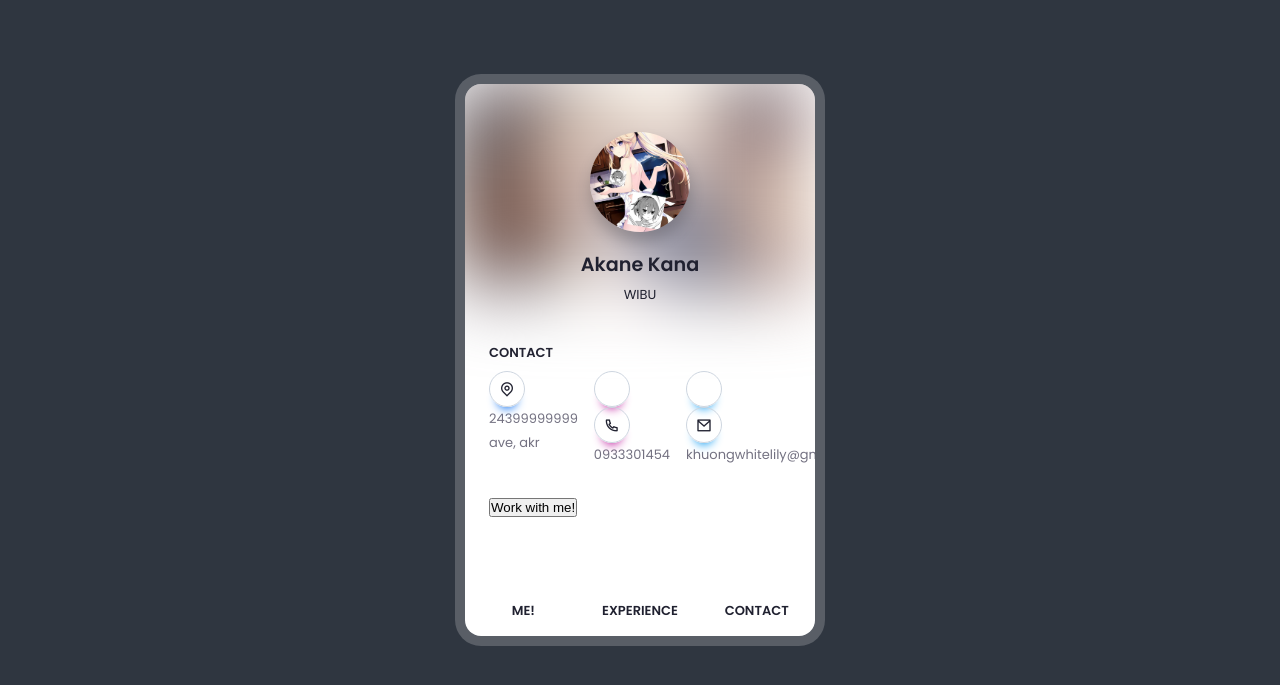
Repository: AkaneKana/AkaneKana
Page: index.html
An editor plug-in stored every save of this project. The page is shown before and after a run of saves, followed by the edit.
The browser window is 1280 px wide. The pictures show the whole page.
Some web libraries are served in a nearby version.

Above is the page before, as saved 2023-05-19 17:06:43.

### index.html
<!DOCTYPE html>
<html lang="en">
<head>
  <meta charset="UTF-8">
  <meta http-equiv="X-UA-Compatible" content="IE=edge">
  <meta name="viewport" content="width=device-width, initial-scale=1.0">
  <title>Profle Card</title>
  <link rel="stylesheet" href="style.css">
  <link href="https://cdn.jsdelivr.net/npm/remixicon@3.2.0/fonts/remixicon.css" rel="stylesheet">
</head>
<body>
  <div id="page" class="site">
    <div class="container">
      <div class="card">
        <header>
          <div class="thumbnail">
            <img src="assets/image.jpg" alt="">
          </div>
          <div class="meta">
            <h3>Akane Kana</h3>
            <h4>Wibu</h4>
          </div>
        </header>
        <section>
          <div id="me" class="me">
            <h4 class="section-title">About me</h4>
            <p>Lorem ipsum dolor sit amet consectetur, adipisicing elit. Alias numquam in eligendi quibusdam debitis excepturi architecto porro! Qui, iusto aliquam. Est iusto tenetur velit ab iste modi aliquid incidunt ea?</p>
            <div class="socials">
              <ul>
                <li><a href="#"><i class="ri-facebook-fill"></i></a></li>
                <li><a href="#"><i class="ri-discord-fill"></i></a></li>
                <li><a href="#"><i class="ri-github-fill"></i></a></li>
              </ul>
            </div>
          </div>

          <div id="roadmap" class="roadmap">
            <h4 class="section-title">Experiences</h4>
            <input type="checkbox" id="showmore">
            <label for="showmore">
             <span>Show more <i class="ri-arrow-down-s-line"></i></span>
             <span>Show less <i class="ri-arrow-up-s-line"></i></span>
            </label>

            <ul>
              <li>
                <span>2010</span>
                <div class="section-title">Web design</div>
                <p>Lorem ipsum dolor sit amet, consectetur adipisicing elit. Necessitatibus repellendus laudantium a qui perferendis illum, provident eaque delectus eos, molestias rem exercitationem veniam? A illum adipisci id, voluptate odio voluptates!</p>
              </li>
              <li>
                <span>2012</span>
                <div class="section-title">Graphic</div>
                <p>Lorem ipsum dolor sit amet, consectetur adipisicing elit. Necessitatibus repellendus laudantium a qui perferendis illum, provident eaque delectus eos, molestias rem exercitationem veniam? A illum adipisci id, voluptate odio voluptates!</p>
              </li>
              <li>
                <span>2016</span>
                <div class="section-title">Google design</div>
                <p>Lorem ipsum dolor sit amet, consectetur adipisicing elit. Necessitatibus repellendus laudantium a qui perferendis illum, provident eaque delectus eos, molestias rem exercitationem veniam? A illum adipisci id, voluptate odio voluptates!</p>
              </li>
            </ul>
          </div>

          <div id="contact" class="contact active">
            <h4 class="section-title">Contact</h4>
            <div class="socials">
              <ul>
                <li>
                  <a href="#"><i class="ri-map-pin-line"></i></a>
                  <p>24399999999 ave, akr </p>
                </li>
                <li>
                  <a href="https://wa.me/0933301454"><a href="" class="ri-phone-line"></a></a>
                  <p>0933301454</p>
                </li>
                <li>
                  <a href="#mailto:khuongwhitelily@gmail.com"><a href="" class="ri-mail-line"></a></a>
                  <p>khuongwhitelily@gmail.com</p>
                </li>
              </ul>
            </div>
            <button>Work with me!</button>
          </div>
        </section>
        <footer>
          <nav>
            <a href="#">Me!</a>
            <a href="#">Experience</a>
            <a href="#">Contact</a>
            <span></span>
          </nav>
        </footer>
      </div>
    </div>
  </div>

  <script src="script.js"></script>
</body>
</html>

### style.css
@import url('https://fonts.googleapis.com/css2?family=Poppins:wght@400;600;800&display=swap');
:root{
  --primary-color: #eb3b5a;
  --white-color: #ffffff;
  --light-color: #ced6e0;
  --grey-color: #737181;
  --dark-color: #202130;

  --shadow: 0 10px 10px -8px;
}

*{
  margin: 0;
  padding: 0;
}

*,::before,::after {
  box-sizing: border-box;
}

body{
  font-family: 'Poppins';
  font-size: 16px;
  font-weight: 400;
  line-height: 1.8;
  color: var(--dark-color);
  background-color: #2f3640;
}

a {
  text-decoration: none;
  color: inherit;
}

ul{
  list-style: none;
}

img{
  max-width: 100%;
  vertical-align: middle;
}

.site{
  display: flex;
  align-items: center;
  justify-content: center;
  height: 100vh;
}

.container{
  max-width: 1024px;
  padding: 0 2em;
  margin: 0 auto;
}

.card{
  max-width: 350px;
  background-color: var(--white-color);
  border-radius: 1em;
  box-shadow: 0 0 0 10px rgb(255 255 255 /20%);
  overflow: hidden;
}

.card header {
  position: relative;
  height: 225px;
  padding-top: 3em;
  margin-bottom: 2em;
}

.card header::before {
  content: '';
  position: absolute;
  top: 0;
  left: 0;
  background: url(assets/image.jpg);
  background-size: cover;
  width: 100%;
  height: 200px;
  z-index: 0;
  filter: blur(40px);
}

.card header > * {
  position: relative;
  left: 50%;
  transform: translateX(-50%);
}

.card header .meta {
  text-align: center;
  margin-top: 1em;
  width: max-content;
}

.card header h3 {
  font-size: 1.2em;
  font-weight: 600;
}

.card header h4 {
  font-size: 0.813em;
  font-weight: 400;
  text-transform: uppercase;
}

.card .thumbnail {
  width: 100px;
  height: 100px;
}

.card .thumbnail img {
  object-fit: cover;
  width: 100%;
  height: 100%;
  border-radius: 50%;
  box-shadow: 0 10px 15px rgb(0 0 0 /20%);
}

.card section {
  padding: 0 1.5em;
}

.card section h4 {
  text-transform: uppercase;
}

.card .section-title {
  font-size: 0.813em;
  font-weight: 600;
  margin-bottom: 0.5em;
}

.card section p {
  font-size: 0.813em;
  color: var(--grey-color);
  margin-bottom: 2em;
}

.card .socials ul {
  display: flex;
  gap: 1em;
}

.card .socials ul li a {
  position: relative;
  width: 36px;
  height: 36px;
  border: 1px solid var(--light-color);
  border-radius: 50%;
  display: flex;
  align-items: center;
  justify-content: center;
  transition: border .3s, color .3s, backgound-color .3s;
}

.card .socials ul li:nth-child(1) a {
  box-shadow: var(--shadow) #1877f2;
}
.card .socials ul li:nth-child(2) a {
  box-shadow: var(--shadow) #c32aa3;
}
.card .socials ul li:nth-child(3) a {
  box-shadow: var(--shadow) #1da1f2;
}

.card .socials ul li:nth-child(1) a:hover {
  background-color: #1877f2;
}
.card .socials ul li:nth-child(2) a:hover {
  background-color: #c32aa3;
}
.card .socials ul li:nth-child(3) a:hover {
  background-color: #1da1f2;
}

.card .socials ul li a:hover {
  border-color: transparent;
  color: var(--white-color);
}

.card footer nav {
  position: relative;
  display: flex;
  justify-content: space-between;
  width: 100%;
  height: 50px;
  margin-top: 4em;
}

.card footer nav a {
  position: relative;
  font-size: 0.813em;
  font-weight: 600;
  text-transform: uppercase;
  width: 100%;
  height: 100%;
  display: flex;
  align-items: center;
  justify-content: center;
  z-index: 10;
}

.card footer nav span {
  position: absolute;
  top: 10px;
  left: 0;
  width: 33.3333%;
  height: 30px;
  background: linear-gradient(135deg, #03001e #7303c0 #ec38bc, #fdeff9);
  filter: blur(15px);
  transition: left .3s;
}

.card footer nav a.active {
  color: var(--white-color);
}

.card footer nav a.active:nth-child(2) ~ span {
  left: 33.3333%;
}

.card footer nav a.active:nth-child(3) ~ span {
  left: calc(33.3333% * 2);
}

section > div {
  display: none;
}
section > div.active {
  display: block;
}

/*roadmap*/
.card .roadmap {
  position: relative;
  overflow: hidden;
}
.card .roadmap ul {
  margin-top: 2em;
  height: 325px;
  padding-bottom: 2em;
  transition: height .3s;
}
.card .roadmap ul li {
  position: relative;
  padding-left: 50px;
  min-height: 90px;
  margin-bottom: 1em;
  line-height: normal;
}

.card .roadmap ul li::before {
  content: '';
  position: absolute;
  top: 4px;
  left: 7px;
  width: 13px;
  height: 13px;
  background-color: var(--primary-color);
  border-radius: 50%;
  box-shadow: 0 3px 10px 0 var(--primary-color);
}

.card .roadmap ul li span {
  position: absolute;
  top: 26px;
  left: 3px;
  writing-mode: vertical-lr;
  text-orientation: upright;
  font-size: 0.813em;
  font-weight: 600;
  color: var(--grey-color);
  letter-spacing: -8px;
}

.card .roadmap input {
  display: none;
}

.card .roadmap label {
  position: absolute;
  bottom: 0;
  left: 0;
  right: 0;
  height: 100px;
  cursor: pointer;
  z-index: 10;
}

.card .roadmap label::before {
  content: '';
  position: absolute;
  top: 0;
  left: 0;
  width: 100%;
  height: 100%;
  background: linear-gradient(0deg, var(--white-color) 40%, rgba(255, 255, 255, 0) 100%);
  z-index: -1;
}

.card .roadmap label span {
  font-size: 0.813em;
  display: flex;
  justify-content: center;
  gap: 5px;
  height: 100%;
  align-items: flex-end;
}

.card .roadmap label span:last-child,
.card .roadmap input:checked ~label span:first-child {
  display: none;
}

.card .roadmap input:checked ~label span:last-child {
  display: flex;
}

.card .roadmap input:checked ~ ul {
  overflow: auto;
  height: 450px;
  padding-bottom: 4em;
}

Loaded but not shown: script.js (no copy from this time; the picture is the same without it)

After the next 2 saves:
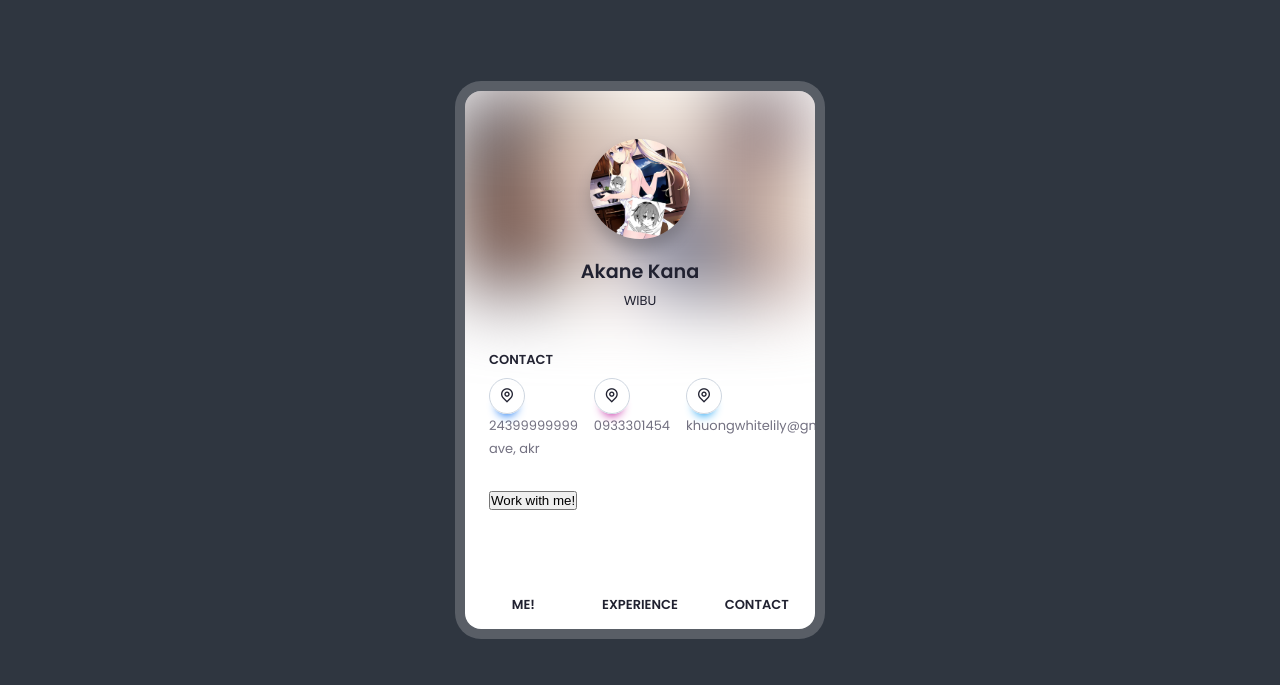
The 2 saves are shown as one change because they came seconds apart.
The last was saved 24 s later.
--- a/index.html
+++ b/index.html
@@ -70,11 +70,11 @@
                   <p>24399999999 ave, akr </p>
                 </li>
                 <li>
-                  <a href="https://wa.me/0933301454"><a href="" class="ri-phone-line"></a></a>
+                  <a href="https://wa.me/0933301454"><i class="ri-map-pin-line"></i></a>
                   <p>0933301454</p>
                 </li>
                 <li>
-                  <a href="#mailto:khuongwhitelily@gmail.com"><a href="" class="ri-mail-line"></a></a>
+                  <a href="#mailto:khuongwhitelily@gmail.com"><i class="ri-map-pin-line"></i></a></a>
                   <p>khuongwhitelily@gmail.com</p>
                 </li>
               </ul>
